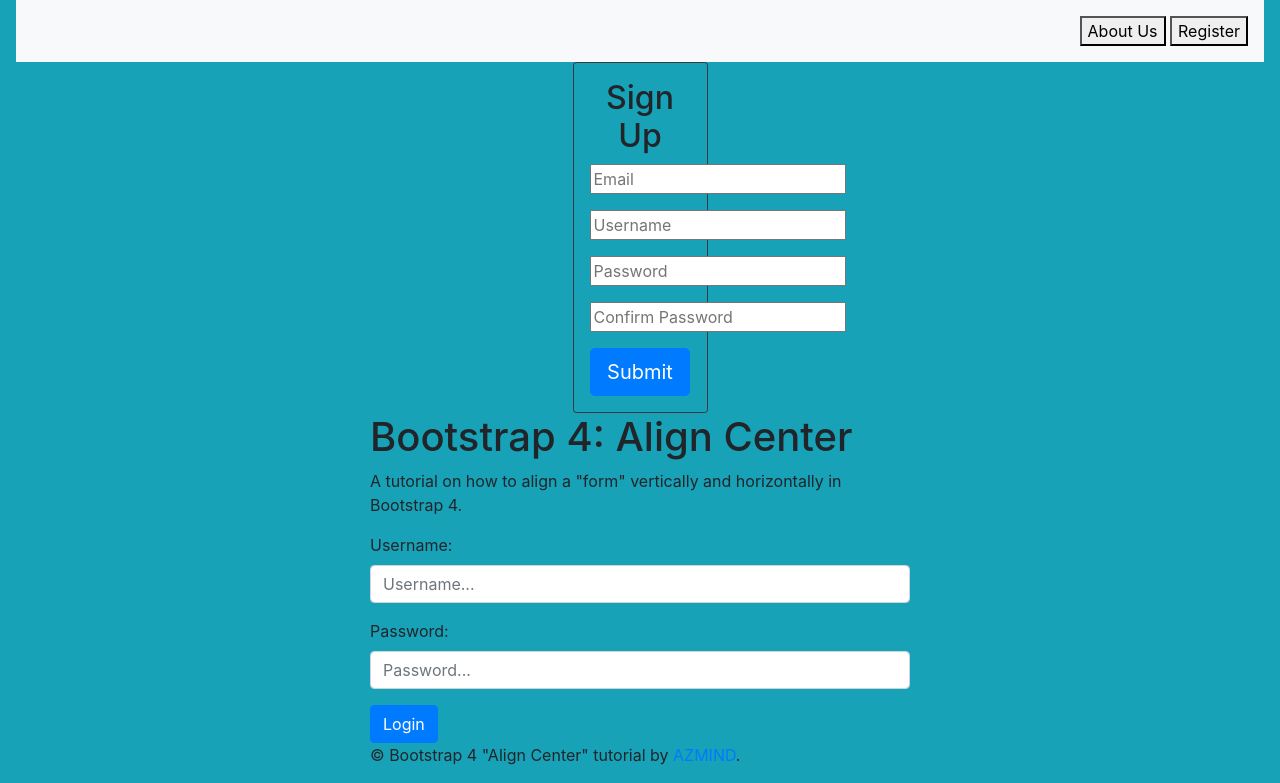
Repository: rodwestmoreland/1150
Page: registrationForm/index.html
An editor plug-in stored every save of this project. The page is shown before and after the next save, followed by the edit.
The browser window is 1280 px wide. The pictures show the whole page.

Above is the page before, as saved 2021-01-25 14:54:34.

### registrationForm/index.html
<!DOCTYPE html>
<html lang="en">
<head>
    <meta charset="UTF-8">
    <meta name="viewport" content="width=device-width, initial-scale=1.0,  shrink-to-fit=no">
    <title>Registration</title>
    <link rel="stylesheet" href="https://stackpath.bootstrapcdn.com/bootstrap/4.3.1/css/bootstrap.min.css" integrity="sha384-ggOyR0iXCbMQv3Xipma34MD+dH/1fQ784/j6cY/iJTQUOhcWr7x9JvoRxT2MZw1T" crossorigin="anonymous">
    <link rel="stylesheet" href="style.css">

</head>
<nav class="bg-light p-3 ml-3 mr-3 text-right">
    <button>About Us    </button>
    <button>Register    </button>
</nav>
<body class="bg-info">

    <div class="container h-100">
    <div class="row h-100 justify-content-center align-items-center  ">
        <div class="col-10 col-md-8 col-lg-6">

    <form class="bg-info m-auto text-center border w-25 p-3 border-dark rounded-sm ">



        <h2>Sign Up</h2>

    <div class="form-group">
        <input type="text" id="email"    placeholder="Email">

    </div>

    <div class="form-group">
        <input type="text" id="username" placeholder="Username">

    </div>
    <div class="form-group">

        <input type="text" id="password" placeholder="Password">
    </div>

    <div class="form-group">

        <input type="text" id="confirm"  placeholder="Confirm Password">
    </div>
            <button type="submit" class="btn btn-primary btn-lg" name="Submit">Submit</button>


    </form>
    </div>
    </div>
</div>


<div class="container h-100">
    <div class="row h-100 justify-content-center align-items-center">
        <div class="col-10 col-md-8 col-lg-6">
            <!-- Form -->
            <form class="form-example" action="" method="post">
                <h1>Bootstrap 4: Align Center</h1>
                <p class="description">A tutorial on how to align a "form" vertically and horizontally in Bootstrap 4.</p>
                <!-- Input fields -->
                <div class="form-group">
                    <label for="username">Username:</label>
                    <input type="text" class="form-control username" id="username" placeholder="Username..." name="username">
                </div>
                <div class="form-group">
                    <label for="password">Password:</label>
                    <input type="password" class="form-control password" id="password" placeholder="Password..." name="password">
                </div>
                <button type="submit" class="btn btn-primary btn-customized">Login</button>
                <!-- End input fields -->
                <p class="copyright">&copy; Bootstrap 4 "Align Center" tutorial by <a href="https://azmind.com">AZMIND</a>.</p>
            </form>
            <!-- Form end -->
        </div>
    </div>
</div>

    <script src="https://code.jquery.com/jquery-3.3.1.slim.min.js" integrity="sha384-q8i/X+965DzO0rT7abK41JStQIAqVgRVzpbzo5smXKp4YfRvH+8abtTE1Pi6jizo" crossorigin="anonymous"></script>
    <script src="https://cdnjs.cloudflare.com/ajax/libs/popper.js/1.14.7/umd/popper.min.js" integrity="sha384-UO2eT0CpHqdSJQ6hJty5KVphtPhzWj9WO1clHTMGa3JDZwrnQq4sF86dIHNDz0W1" crossorigin="anonymous"></script>
    <script src="https://stackpath.bootstrapcdn.com/bootstrap/4.3.1/js/bootstrap.min.js" integrity="sha384-JjSmVgyd0p3pXB1rRibZUAYoIIy6OrQ6VrjIEaFf/nJGzIxFDsf4x0xIM+B07jRM" crossorigin="anonymous"></script>
  </body>
</body>
</html>

Loaded but not shown: registrationForm/style.css (no stored copy; drawn as an empty file)

After the next save:
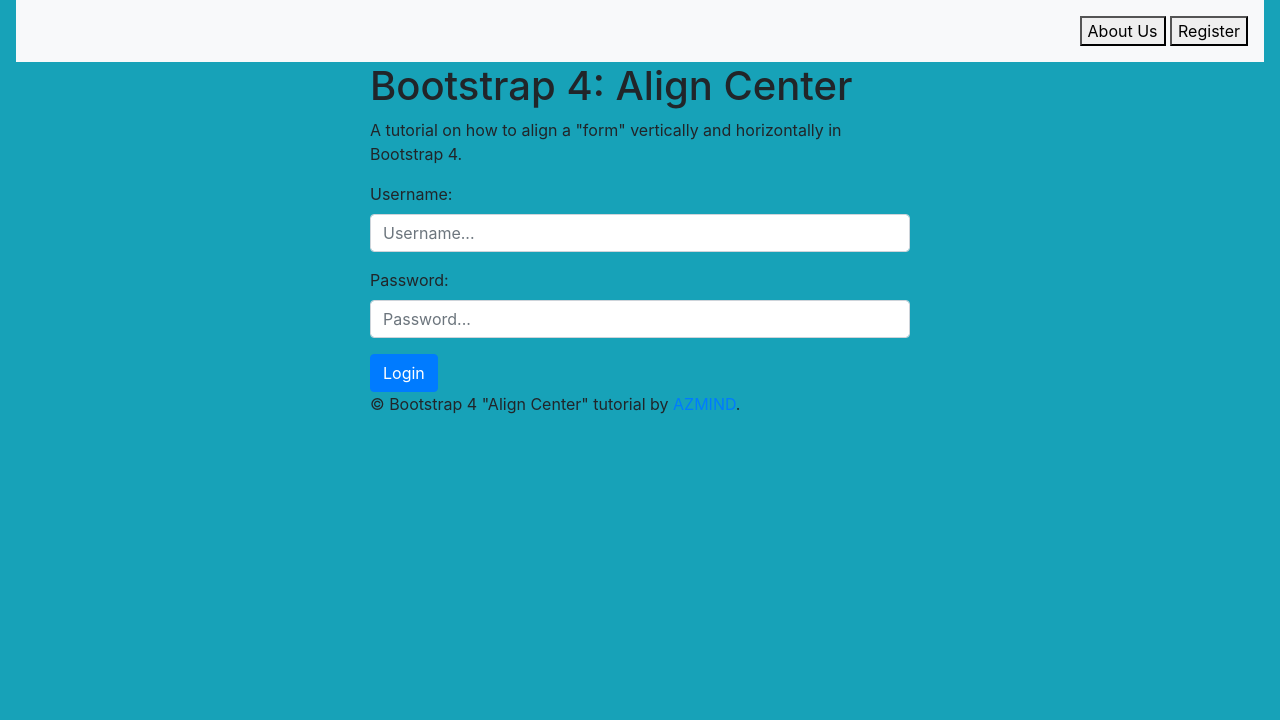
Saved 36 s later.
--- a/registrationForm/index.html
+++ b/registrationForm/index.html
@@ -13,43 +13,6 @@
     <button>Register    </button>
 </nav>
 <body class="bg-info">
-
-    <div class="container h-100">
-    <div class="row h-100 justify-content-center align-items-center  ">
-        <div class="col-10 col-md-8 col-lg-6">
-
-    <form class="bg-info m-auto text-center border w-25 p-3 border-dark rounded-sm ">
-
-
-
-        <h2>Sign Up</h2>
-
-    <div class="form-group">
-        <input type="text" id="email"    placeholder="Email">
-
-    </div>
-
-    <div class="form-group">
-        <input type="text" id="username" placeholder="Username">
-
-    </div>
-    <div class="form-group">
-
-        <input type="text" id="password" placeholder="Password">
-    </div>
-
-    <div class="form-group">
-
-        <input type="text" id="confirm"  placeholder="Confirm Password">
-    </div>
-            <button type="submit" class="btn btn-primary btn-lg" name="Submit">Submit</button>
-
-
-    </form>
-    </div>
-    </div>
-</div>
-
 
 <div class="container h-100">
     <div class="row h-100 justify-content-center align-items-center">
